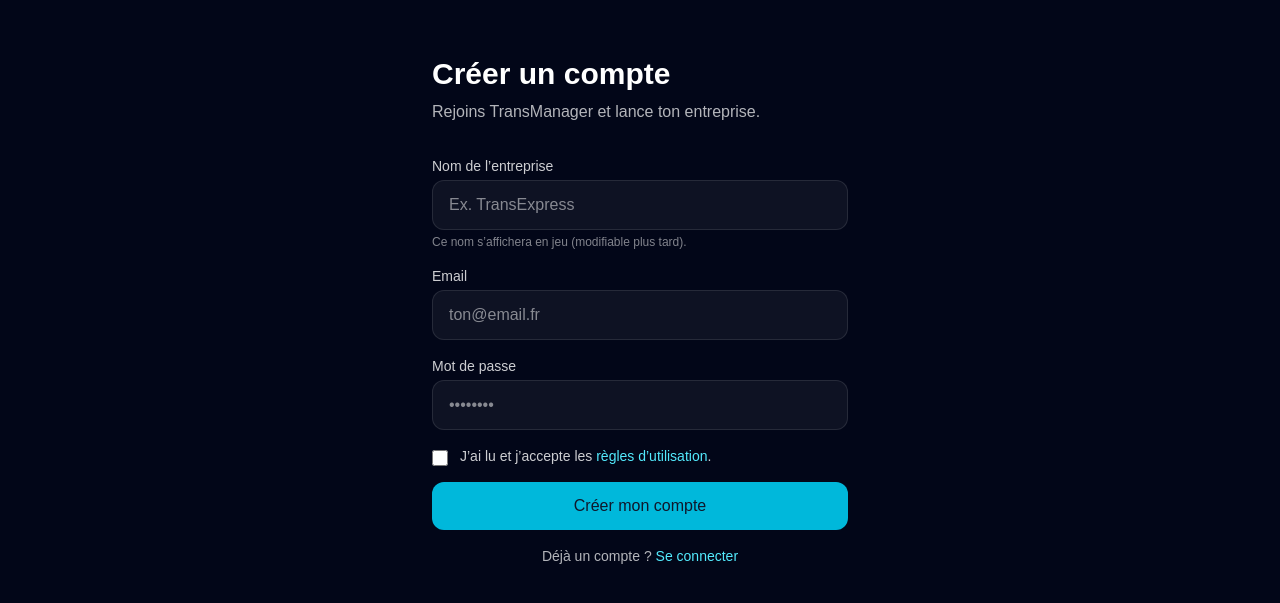
Repository: mathys65/transmanager
Page: /auth/signup
These files come from the project's save history. The page is drawn as it stood at one moment and after the next save; the edit follows.
The browser window is 1280 px wide. The pictures show the whole page.
The project was rebuilt for these pictures with package versions that can differ from the ones it lists, and the page was loaded fresh each time. The framework's server and built-in components were replaced by stand-ins that run in the browser. Also part of the build but not shown: next.config.ts.

Above is the page before, as saved 2025-09-14 16:35:14.

After the next save:
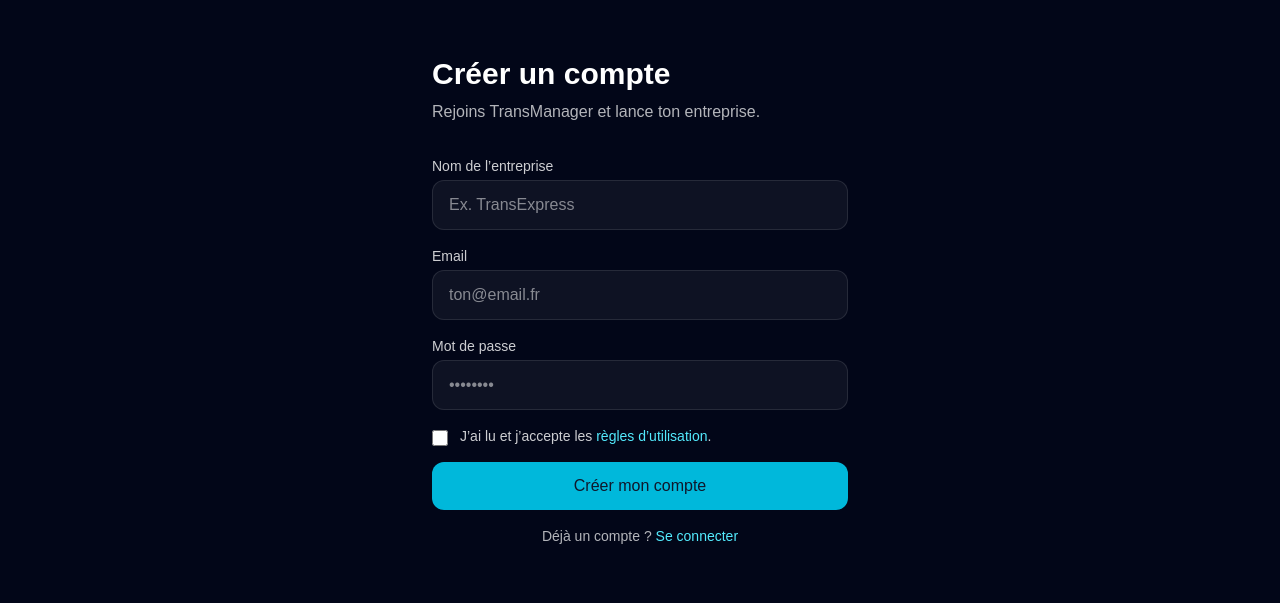
Saved 2 min 26 s later.
--- a/src/app/auth/signup/page.tsx
+++ b/src/app/auth/signup/page.tsx
@@ -6,13 +6,12 @@ import Link from "next/link";
 export default function SignupPage() {
   const [loading, setLoading] = useState(false);
   const [err, setErr] = useState<string | null>(null);
-  const [ok, setOk] = useState(false);
 
   async function onSubmit(e: React.FormEvent<HTMLFormElement>) {
     e.preventDefault();
     setErr(null);
-    setOk(false);
     setLoading(true);
+
     const form = new FormData(e.currentTarget);
     const email = String(form.get("email") || "");
     const password = String(form.get("password") || "");
@@ -28,10 +27,12 @@ export default function SignupPage() {
     const json = await res.json();
     setLoading(false);
 
-    if (!res.ok) return setErr(json?.error || "Échec de l’inscription.");
-    setOk(true);
-    // Redirection à activer quand /game sera prêt :
-    // window.location.href = "/game";
+    if (!res.ok) {
+      return setErr(json?.error || "Échec de l’inscription.");
+    }
+
+    // ✅ Redirection directe vers le Dashboard
+    window.location.href = "/dashboard";
   }
 
   return (
@@ -41,6 +42,7 @@ export default function SignupPage() {
         <p className="mt-2 text-white/70">Rejoins TransManager et lance ton entreprise.</p>
 
         <form onSubmit={onSubmit} className="mt-8 space-y-4">
+          {/* Champ Nom entreprise */}
           <div>
             <label className="mb-1 block text-sm text-white/80">Nom de l’entreprise</label>
             <input
@@ -49,8 +51,9 @@ export default function SignupPage() {
               maxLength={25}
               className="w-full rounded-xl border border-white/10 bg-white/5 px-4 py-3 outline-none focus:border-cyan-400"
             />
-            <p className="mt-1 text-xs text-white/50">Ce nom s’affichera en jeu (modifiable plus tard).</p>
           </div>
+
+          {/* Email */}
           <div>
             <label className="mb-1 block text-sm text-white/80">Email</label>
             <input
@@ -61,6 +64,8 @@ export default function SignupPage() {
               className="w-full rounded-xl border border-white/10 bg-white/5 px-4 py-3 outline-none focus:border-cyan-400"
             />
           </div>
+
+          {/* Mot de passe */}
           <div>
             <label className="mb-1 block text-sm text-white/80">Mot de passe</label>
             <input
@@ -73,6 +78,7 @@ export default function SignupPage() {
             />
           </div>
 
+          {/* Case acceptation */}
           <label className="flex items-start gap-3 text-sm text-white/80">
             <input
               type="checkbox"
@@ -91,11 +97,6 @@ export default function SignupPage() {
           {err && (
             <div className="rounded-xl border border-rose-400/30 bg-rose-500/10 px-3 py-2 text-sm text-rose-200">
               {err}
-            </div>
-          )}
-          {ok && (
-            <div className="rounded-xl border border-emerald-400/30 bg-emerald-500/10 px-3 py-2 text-sm text-emerald-200">
-              Compte créé. Bienvenue !
             </div>
           )}
 
